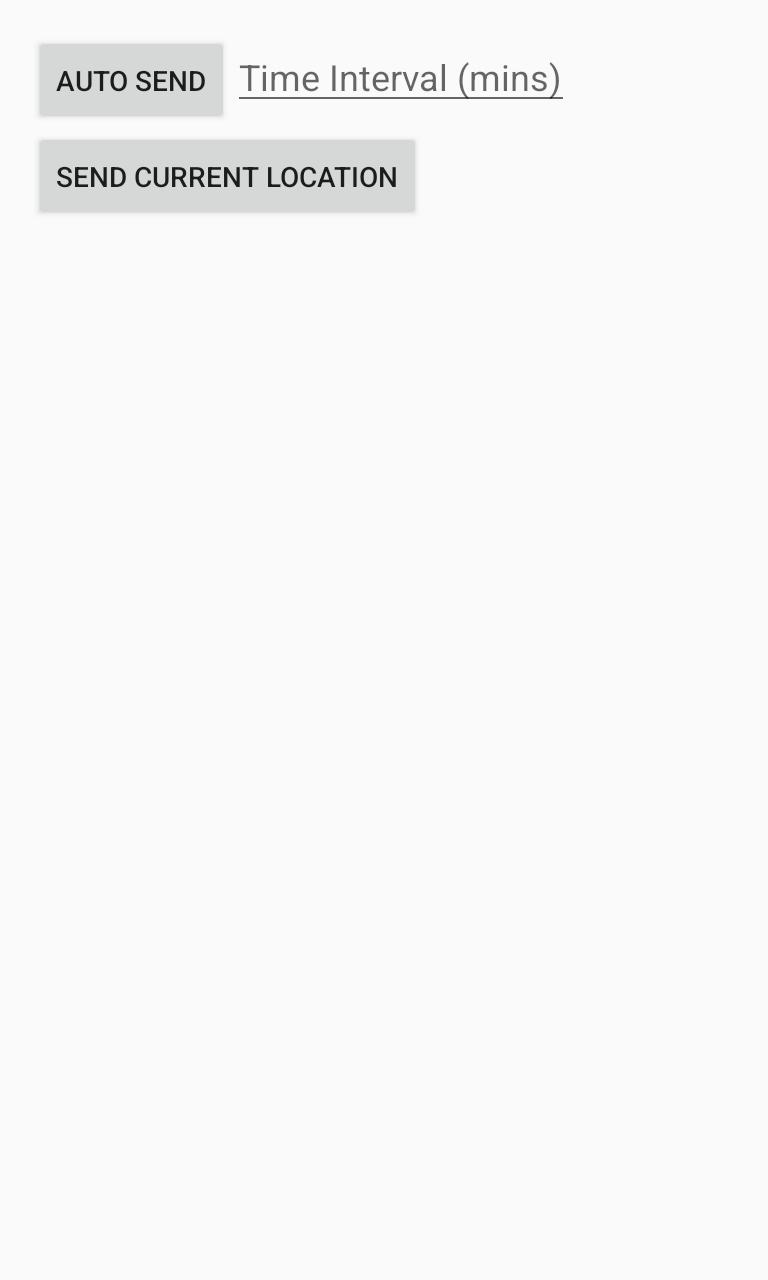
Repository: haidark/rahat
Layout: android/Rahat/res/layout/fragment_main.xml
An editor plug-in stored every save of this project. The layout is shown before and after the next save, followed by the edit.
It is drawn on a 768 x 1280 px phone screen (xhdpi) without system bars, with theme AppTheme; the app's code is not run.

Above is the layout before, as saved 2014-05-01 23:32:47.

After the next save:
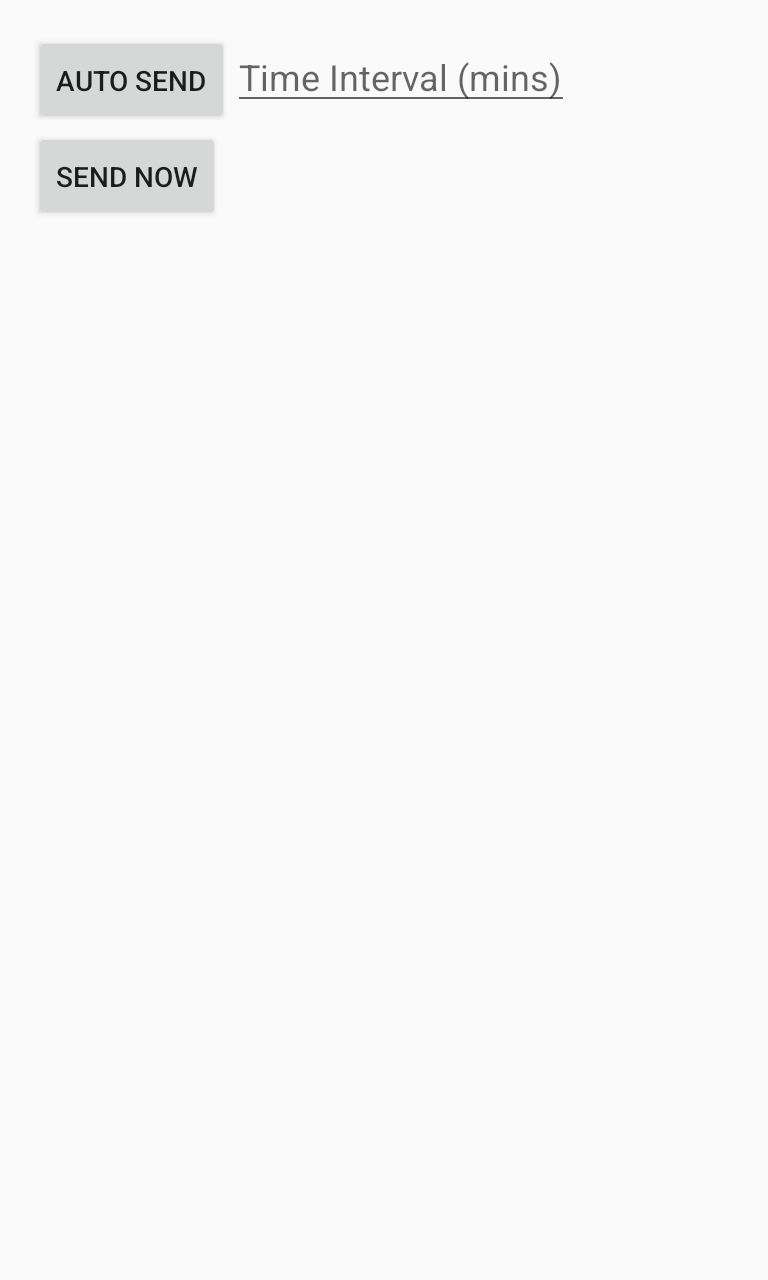
Saved 53 s later.
--- a/android/Rahat/res/values/strings.xml
+++ b/android/Rahat/res/values/strings.xml
@@ -5,7 +5,7 @@
     <string name="action_settings">Settings</string>
 	<string name="edit_1">Time Interval (mins)</string>
 	<string name="text_info"></string>
-	<string name="button_send">Send Current Location</string>
+	<string name="button_send">Send Now</string>
 	<string name="button_service">Auto Send</string>
 	<string name="title_activity_main">MainActivity</string>
 </resources>
